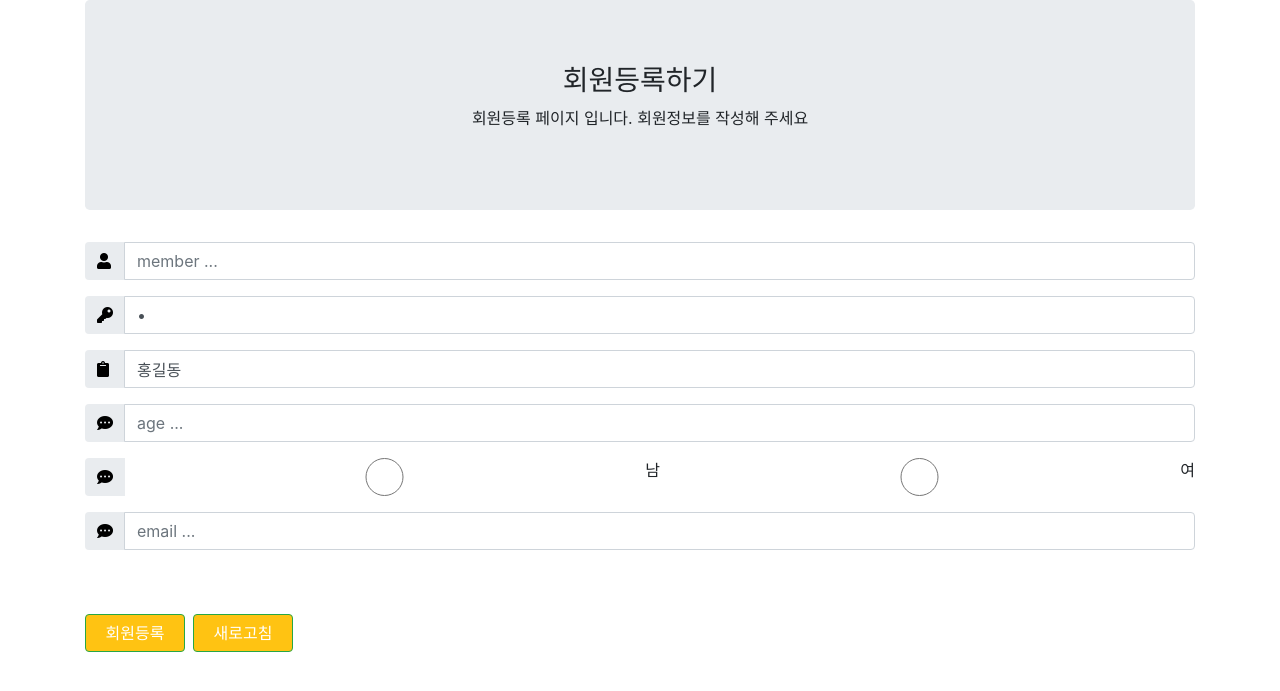
Repository: NoChanJong/JSP
Page: http://localhost/jsp09_board/member/member_insert.jsp
These files come from the project's save history. The page is drawn as it stood at one moment and after the next save; the edit follows.
The browser window is 1280 px wide. The pictures show the whole page.
The page is served by Tomcat 9. Other server files are loaded and not shown.

Above is the page before, as saved 2023-05-24 07:56:39.
Console error (its wording comes from the project's code and is left out).

### jsp09_board/WebContent/member/member_insert.jsp
<%@page language="java" contentType="text/html; charset=UTF-8" pageEncoding="UTF-8"%>
<!DOCTYPE html>
<html>
<head>
	<meta charset="UTF-8">
	<meta name="viewport" content="width=device-width, initial-scale=1, minimum-scale=1, maximum-scale=1">
  	<link rel="stylesheet" href="https://use.fontawesome.com/releases/v5.7.0/css/all.css"
		integrity="sha384-lZN37f5QGtY3VHgisS14W3ExzMWZxybE1SJSEsQp9S+oqd12jhcu+A56Ebc1zFSJ"
		crossorigin="anonymous">
  	<link href="https://cdn.jsdelivr.net/npm/bootstrap@4.5.2/dist/css/bootstrap.min.css" rel="stylesheet">
  	<script src="https://cdn.jsdelivr.net/npm/bootstrap@4.5.2/dist/js/bootstrap.bundle.min.js"></script>
	<title>회원등록</title>
  	<style>
  		.login-btn {
  			clear: black;
  			background-color: #FFC312;
  			width: 100px;
  		}
  		.login-btn:hover {
  			clear: white;
  			background-color: black;
  		}
  		.input-group-prepend span {
  			color: black;
  			border-left-color: #FFC312;
  			width: 40px;
  			border: 0 !important;
  		}
  	</style>
</head>
<body>
	<div class="container" align="center">
		<div class="jumbotron">
			<h3>회원등록하기</h3>
			<p>회원등록 페이지 입니다. 회원정보를 작성해 주세요</p>
		</div>

		<form action="memberInsert.co" method="post" class="form-group" name="memberform"
				enctype="multipart/form-data">
			<div class="form-group input-group">
				<div class="input-group-prepend"><span class="input-group-text"><i class="fas fa-user"></i></span></div>
				<input type="text" class="form-control" name="id" id="id" value="" required placeholder="member ...">
			</div>
			<div class="form-group input-group">
				<div class="input-group-prepend"><span class="input-group-text"><i class="fas fa-key"></i></span></div>
				<input type="password" class="form-control" name="pw" id="pw" value="1" required placeholder="password ...">
			</div>
			<div class="form-group input-group">
				<div class="input-group-prepend"><span class="input-group-text"><i class="fas fa-clipboard"></i></span></div>
				<input type="text" class="form-control" name="name" id="name" value="홍길동" required placeholder="name ...">
			</div>
			<div class="form-group input-group">
				<div class="input-group-prepend"><span class="input-group-text"><i class="fas fa-comment-dots"></i></span></div>
				<input type="text" class="form-control" name="age" id="age" required placeholder="age ...">
			</div>
			<div class="form-group input-group">
				<div class="input-group-prepend"><span class="input-group-text"><i class="fas fa-comment-dots"></i></span></div>
				<input type="radio" class="form-control" name="gender" id="gender" value="M" required placeholder="age ...">남
				<input type="radio" class="form-control" name="gender" id="gender" value="F" required placeholder="age ...">여
			</div>

			<div class="form-group input-group">
				<div class="form-group input-group">
					<div class="input-group-prepend"><span class="input-group-text"><i class="fas fa-comment-dots"></i></span></div>
					<input type="text" class="form-control" name="email" id="email" required placeholder="email ...">
				</div>
				<div class="form-group mt-md-5">
					<input type="reset" class="btn btn-success float-right login-btn ml-sm-2" value="새로고침"/>
					<input type="submit" class="btn btn-success float-right login-btn" value="회원등록"/>
				</div>
			</div>
		</form>
	</div>
</body>
</html>

After the next save:
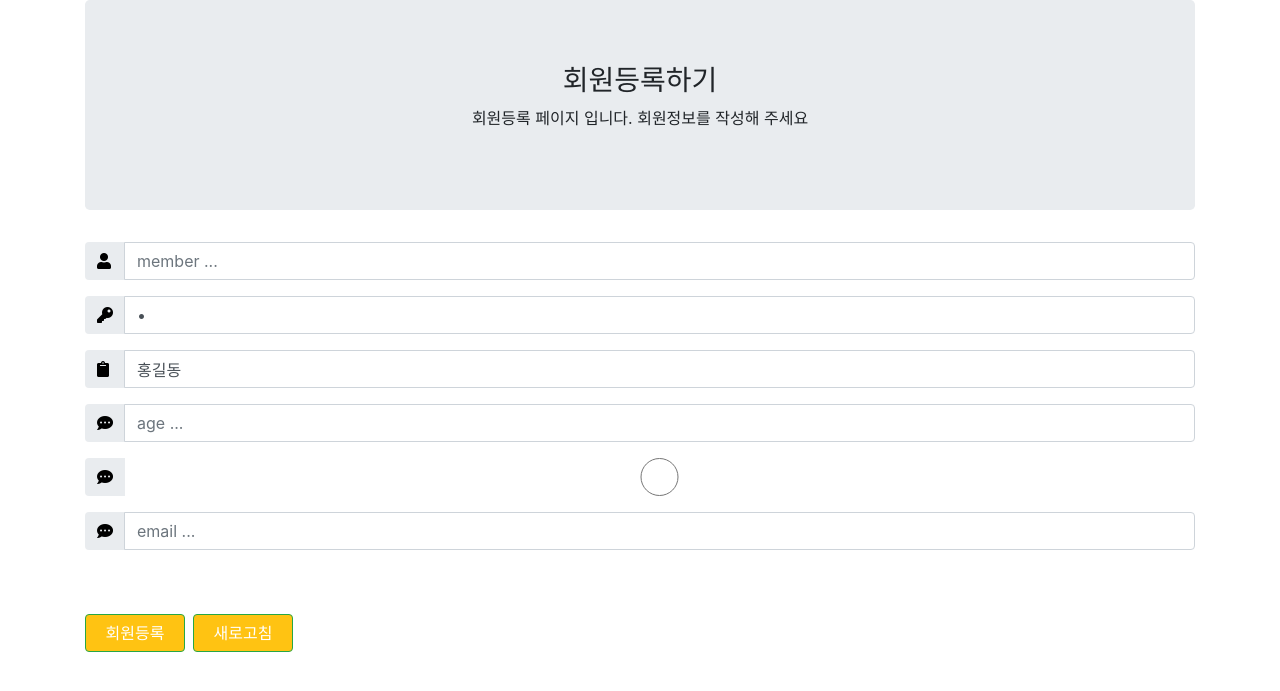
Saved 25 min 33 s later.
--- a/jsp09_board/WebContent/member/member_insert.jsp
+++ b/jsp09_board/WebContent/member/member_insert.jsp
@@ -55,8 +55,7 @@
 			</div>
 			<div class="form-group input-group">
 				<div class="input-group-prepend"><span class="input-group-text"><i class="fas fa-comment-dots"></i></span></div>
-				<input type="radio" class="form-control" name="gender" id="gender" value="M" required placeholder="age ...">남
-				<input type="radio" class="form-control" name="gender" id="gender" value="F" required placeholder="age ...">여
+				<input type="radio" class="form-control" name="gender" id="gender" value="남자" required placeholder="age ...">
 			</div>
 
 			<div class="form-group input-group">
